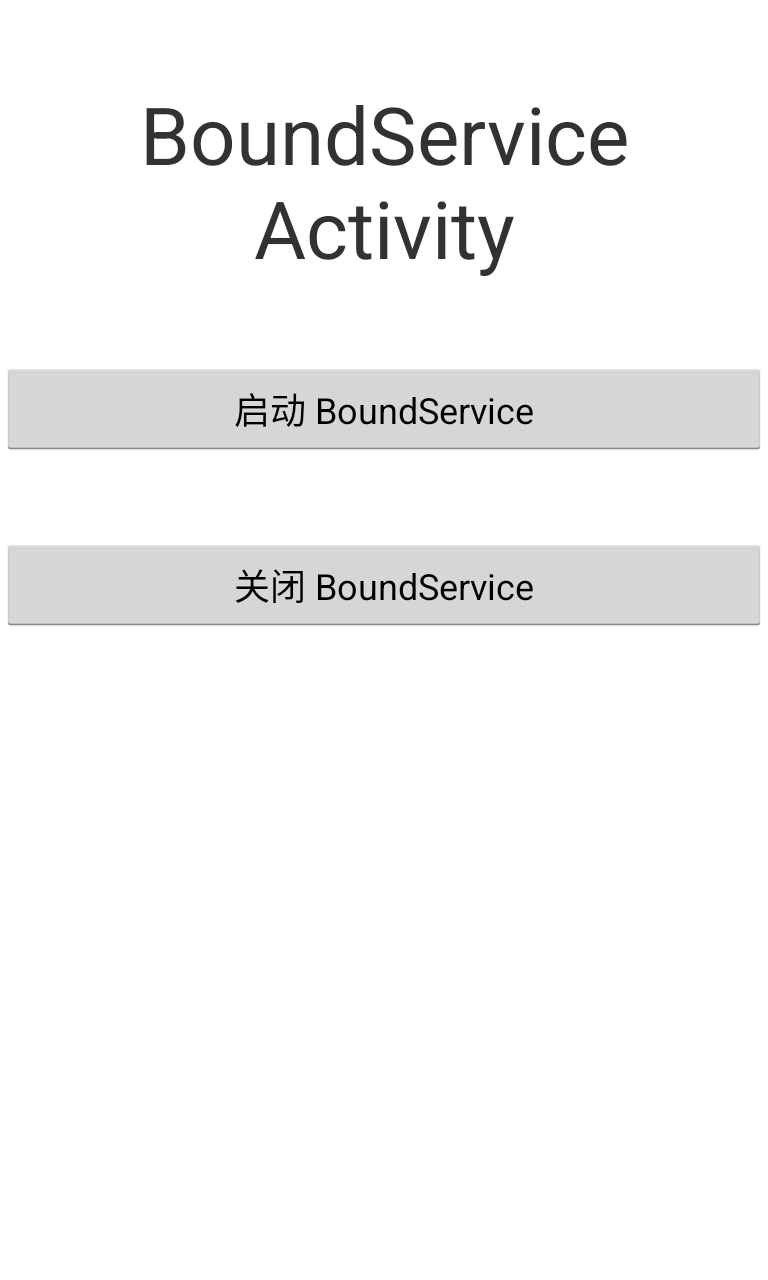
Repository: CiLiNet-Android/courseware
Layout: Android基本组件/Service/SourceCodes/ServiceDemo/res/layout/activity_boundservice.xml
The author's editor kept a copy of each file at every save. The layout is drawn from the files as they stood at one save, then again after the next save.
It is drawn on a 768 x 1280 px phone screen (xhdpi) without system bars, with theme AppTheme; the app's code is not run.

Above is the layout before, as saved 2013-12-01 11:06:57.

After the next save:
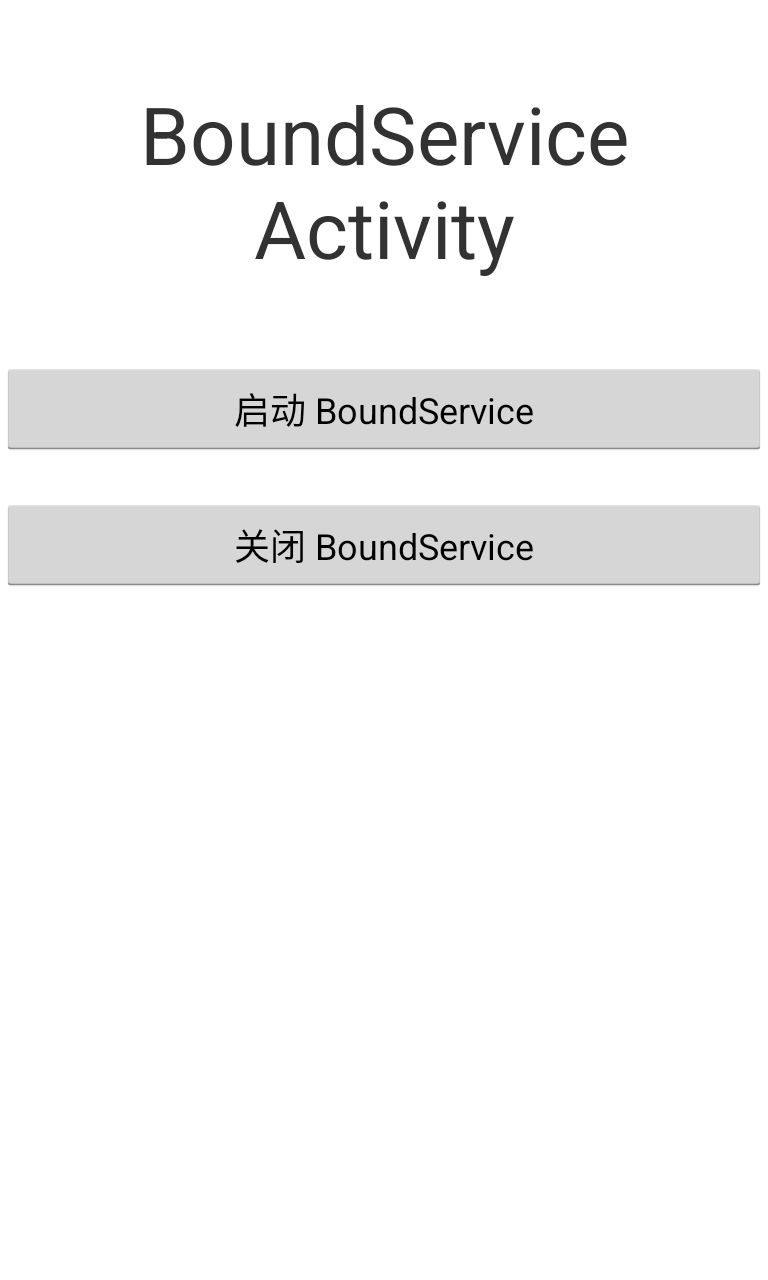
Saved 9 s later.
--- a/Android基本组件/Service/SourceCodes/ServiceDemo/res/layout/activity_boundservice.xml
+++ b/Android基本组件/Service/SourceCodes/ServiceDemo/res/layout/activity_boundservice.xml
@@ -22,7 +22,7 @@
     <Button
         android:layout_width="match_parent"
         android:layout_height="wrap_content"
-        android:layout_marginTop="40dp"
+        android:layout_marginTop="20dp"
         android:text="@string/finish_boundService"
         android:id="@+id/btn_finish_boundService"/>
 
